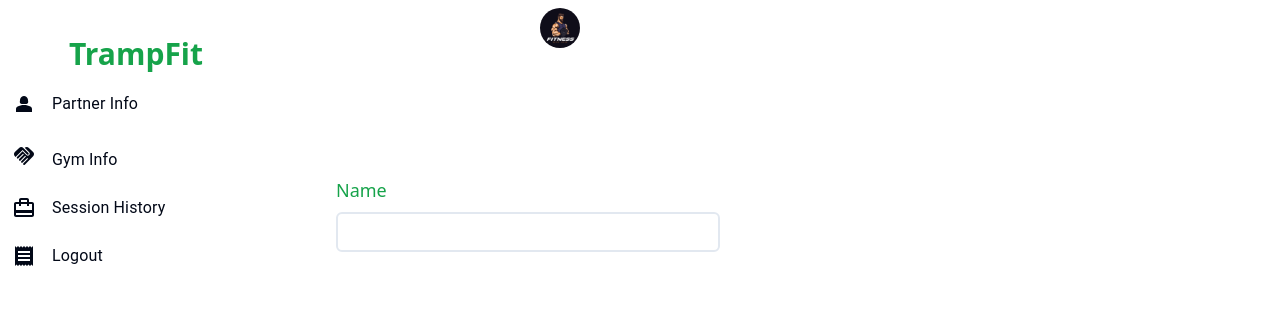
Repository: ezioxatul/TrampFit-Website
Page: /partner/partnerDashboard/gymInfo (app in Frontend/)
An editor plug-in stored every save of this project. The page is shown before and after the next save, followed by the edit.
The browser window is 1280 px wide. The pictures show the whole page.
The project was rebuilt for these pictures with package versions that can differ from the ones it lists, and the page was loaded fresh each time. The framework's server and built-in components were replaced by stand-ins that run in the browser. Also part of the build but not shown: Frontend/next.config.js, Frontend/next.config.mjs, Frontend/components/Loader.js, Frontend/components/Popup.js.

Above is the page before, as saved 2024-05-16 18:30:04.

After the next save:
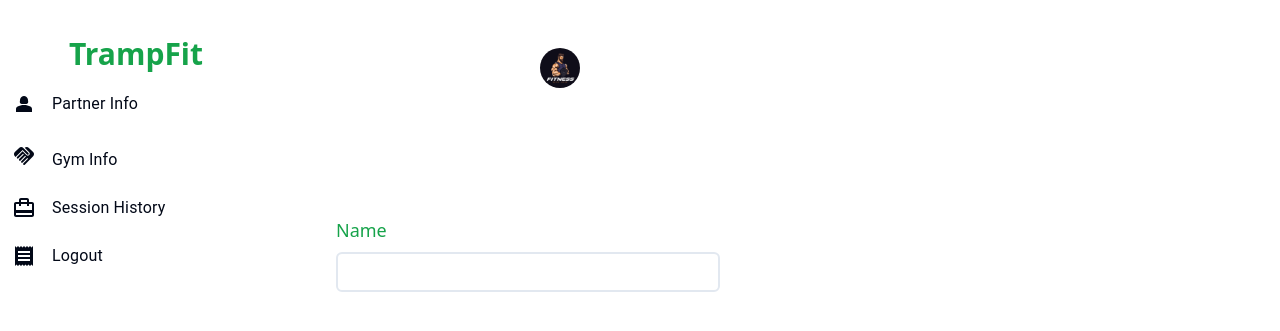
Saved 78 s later.
--- a/Frontend/pages/partner/partnerDashboard/gymInfo.js
+++ b/Frontend/pages/partner/partnerDashboard/gymInfo.js
@@ -11,7 +11,7 @@ export default function gymInfo() {
     <>
       <div className="flex">
         <PartnerSideBar />
-        <div className="flex-col">
+        <div className="flex-col mt-10">
         <Avatar className="w-36 mx-auto h-36 text-6xl bg-black" src="/gymname.png" />
         <div className="mt-32 ml-16 flex flex-col">
         <div className="mr-32 space-y-2">
